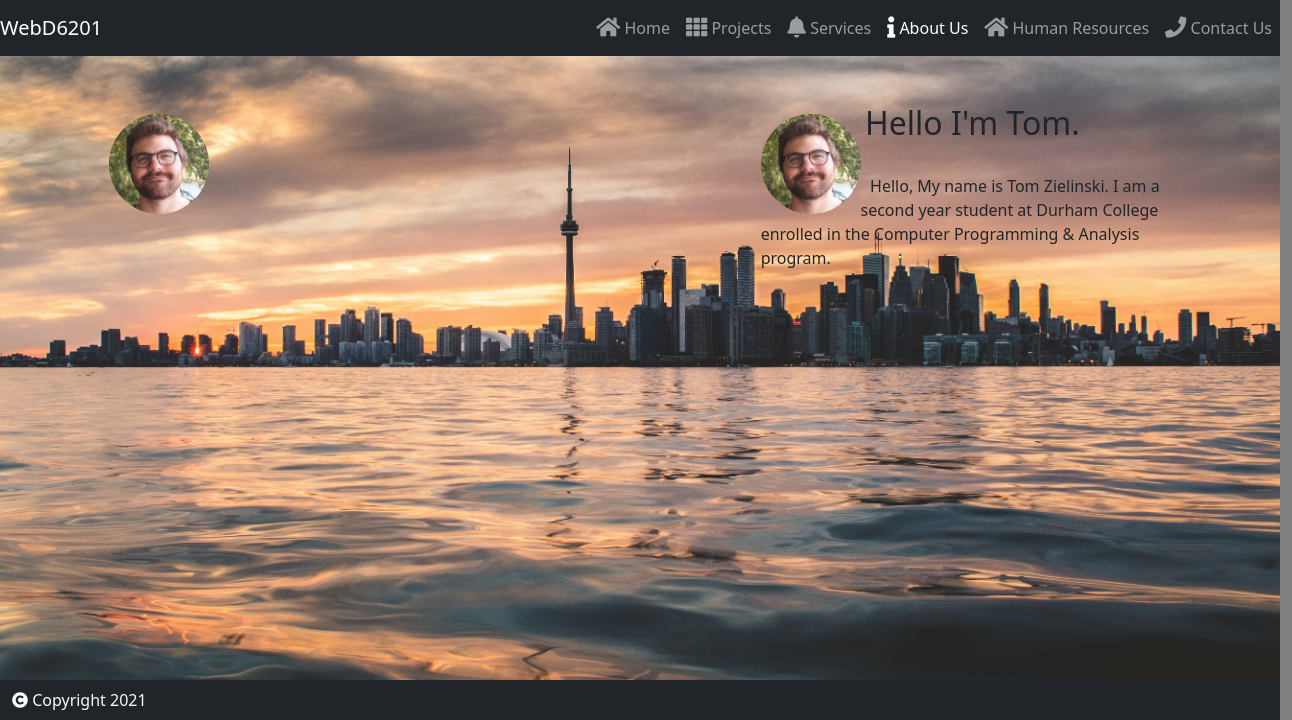
Repository: Tomelinski/Webd6201-Lab02
Page: about.html
An editor plug-in stored every save of this project. The page is shown before and after the next save, followed by the edit.
The browser window is 1280 px wide. The page is 1292 px wide, so the pictures cover 1292 px, including what lies to the right of the window. The pictures show the whole page.

Above is the page before, as saved 2021-02-05 18:19:05.

### about.html
<!-- Author(s): Tom Zielinski,
 *              Calvin May
 *
 *   Date: 02/02/2021 | Last Modified: 02/03/2021
 *   Document: about.html
 *   Description: ...
-->
<!DOCTYPE html>
<html lang="en">
<head>
    <meta charset="UTF-8">
    <meta name="viewport" content="width=device-width, initial-scale=1.0">
    <title>About</title>
    <!-- -->
    <link rel="stylesheet" href="./node_modules/bootstrap/dist/css/bootstrap.min.css">
    <link rel="stylesheet" href="./node_modules/@fortawesome/fontawesome-free/css/all.min.css">
    <link rel="stylesheet" href="./Content/app.css">

</head>
<body>
      <!-- Main header -->
      <header>
        <!-- Main Nav -->
          <nav class="navbar navbar-expand-lg navbar-dark bg-dark ">
              <a class="navbar-brand" href="./index.html">WebD6201</a>
              <button class="navbar-toggler" type="button" data-toggle="collapse" data-target="#navbarSupportedContent" aria-controls="navbarSupportedContent" aria-expanded="false" aria-label="Toggle navigation">
                <span class="navbar-toggler-icon"></span>
              </button>

              <div class="collapse navbar-collapse" id="navbarSupportedContent">
                <ul id="pageList" class="navbar-nav ms-auto mb-2 mb-lg-0">
                  <li class="nav-item ">
                    <a class="nav-link" aria-current="page" href="index.html"><i class="fas fa-home fa-lg"></i> Home</a>
                  </li>

                  <li class="nav-item">
                      <a id="projects" class="nav-link" aria-current="page" href="products.html"><i class="fas fa-th fa-lg"></i> Products</a>
                  </li>

                  <li class="nav-item">
                      <a class="nav-link" aria-current="page" href="services.html"><i class="fas fa-bell fa-lg"></i> Services</a>
                  </li>

                  <li class="nav-item">
                      <a class="nav-link active" aria-current="page" href="about.html"><i class="fas fa-info fa-lg"></i> About Us</a>
                  </li>

                  <li class="nav-item">
                      <a class="nav-link" aria-current="page" href="contact.html"><i class="fas fa-phone fa-lg"></i> Contact Us</a>
                  </li>
                </ul>
              </div>
            </nav>
      </header>

      <main>
        <div class="container"></div>
          <div class="row justify-content-around">
            <div id="about-calvin" class="col-4 mt-5">

            </div>
            <div id="about-tom" class="col-4 mt-5">

            </div>
          </div>
        </div>
      </main>

    <!-- Script section -->
    <script src="./node_modules/jquery/dist/jquery.min.js"></script>
    <script src="./node_modules/bootstrap/dist/js/bootstrap.bundle.min.js"></script>
    <script src="./Scripts/app.js"></script>
</body>

</html>

### Content/app.css
/* Author(s): Tom Zielinski,
 *              Calvin May
 *
 *   Date: 02/02/2021 | Last Modified: 02/03/2021
 *   Document: Services.html
 *   Description: ...
*/
/* Custom css page */
body{
    width:100vw;
    height:100vh;
    background: url("../Pictures/Toronto.jpg") no-repeat center center fixed;
    -webkit-background-size: cover;
    -moz-background-size: cover;
    -o-background-size: cover;
    background-size: cover;
    overflow-x: hidden;
    margin:0px;
    min-height:100%;
    background-color: gray;
}

.headshot-portrait{
    width: 100px;
    height: 100px;
    border-radius: 50%;
    float: left;
    shape-outside: circle();
    margin: 10px 10px 15px 0px;
}

### Scripts/app.js
/** Author(s): Tom Zielinski,
 *             Calvin May
 *
 *  Date: 02/02/2021 | Last Modified: 02/03/2021
 *  Document: app.js
 *  Description: ...
 */

/** Custom JavaScript Page */

/** IFFE Function */
(() => {

    // Declarations
    let mainContent = document.getElementsByTagName("main")[0]; // Holds the <main> element


    // First Fix the upper, lower navbars. Ensuring they display properly
    fixNavBars();

    /** Web Application Startup Functions */
    /** Start() - Lets the application know which content to load
     *          based on the title of the document.
    */
    function Start() {
        console.log("Web App Started.");``


        // A switch case used to figure out which page is being loaded.
        switch (document.title) {
            case "Home":
                displayHomePage();
                break;
            case "About":
                displayAboutPage();
                break;
            case "Contact":
                displayContactPage();
                break;
            case "Projects":
                displayProjectsPage();
                break;
            case "Services":
                displayServicesPage();
                break;
            case "Human Resources":
                displayHumanResourcesPage();
                break;
        }

    }

    /** Display Page Content Functions */
    /** displayHomePage() - Loads the Content for index.html */
    function displayHomePage() {

        let newParagraph = document.createElement("p");
        newParagraph.setAttribute("id", "paragraphOne");
        newParagraph.className = "fs-6 col col-md-4 mt-5 m-auto px-4 border border-dark border-4 rounded";
        newParagraph.textContent = "Welcome to Cavlin May's and Tom Zielinski's Webd6201 Lab01 webpage.";

        mainContent.appendChild(newParagraph);
    }

    /** displayAboutPage() - Loads the Content for about.html */
    function displayAboutPage() {


        let About = document.getElementById("about-tom");
        let tomHeading = document.createElement("h2");
        tomHeading.textContent = "Hello I'm Tom.";
        let pic = document.createElement("img");
        pic.setAttribute("src", "../Pictures/Tom.jpeg");
        pic.setAttribute("class", "headshot-portrait");
        pic.setAttribute("height", "100");
        pic.setAttribute("width", "100");
        pic.setAttribute("alt", "Headshot of Tom");

        let aboutTom = document.createElement("p");
        aboutTom.innerHTML = `</br><p>Hello, My name is Tom Zielinski. I am a second year student at Durham College enrolled in the Computer Programming & Analysis program.</p>`;

        About.appendChild(pic);
        About.appendChild(tomHeading);
        About.appendChild(aboutTom);

        let calvinAbout = document.getElementById("about-calvin");
        let calvinPortrait = document.createElement("img");
        calvinPortrait.setAttribute("src", "../Pictures/Tom.jpeg");
        calvinPortrait.setAttribute("class", "headshot-portrait");
        calvinPortrait.setAttribute("alt", "Headshot of Tom");

        calvinAbout.appendChild(calvinPortrait);
    }

    /** displayContactPage() - Loads the Content for contact.html */
    function displayContactPage() {

    }

    /** displayProjectsPage() - Loads the Content for projects.html */
    function displayProjectsPage() {

    }

    /** displayServicesPage() - Loads the Content for services.html */
    function displayServicesPage() {

    }

    /** displayHumanResourcesPage() - Loads the Content for human_resources.html */
    function displayHumanResourcesPage() {


    }

    /**
     * fixNavBars() - This Function is used to finish creating the Header/Footer Navbars
     *              using DOM Manipulation and Injection. First it fixes the "Products"
     *              NavBar link to correctly show, "Projects" and link to the projects.html
     *              page. It also Insert a new NavBar link, "Human Recources" between
     *              "About us" and "Contact Us" links. Finally, it adds a footer to the
     *              bottom of the page.
     */
    function fixNavBars()
    {
        // Fix the "Products" Nav item
        let projectPageAnchor = document.getElementById("projects");    // Get the Nav item Anchor tag by id
        projectPageAnchor.setAttribute("href", "projects.html");        // Correctly set the Hypertext Reference attribute
        projectPageAnchor.innerHTML = "<i class=\"fas fa-th fa-lg\"></i> Projects"; // Correctly set the text to indicate a project page

        // Insert a Nav item for Human Resources
        let navBarItemList = document.getElementById("pageList");  // Get the <ul> holding the Page links
        let humanResourcesListItem = document.createElement("li"); // Create a new list Item
        humanResourcesListItem.setAttribute("class", "nav-item");  // Set the class of the list item to "nav-item"
        // Create the anchor that will exist within the humanResourcesListItem
        let hrListItemData = '<a class="nav-link" aria-current="page" ' +
                             'href="human_resources.html"><i class="fas fa-home fa-lg"></i> Human Resources</a>';
        // Set the innerHtml with the data above
        humanResourcesListItem.innerHTML = hrListItemData;
        // Insert the new listitem before the 8th child within the <ul>
        //-(8th because it counts both the <li> elements and the <a> elements within)
        navBarItemList.insertBefore(humanResourcesListItem, navBarItemList.childNodes[8]);


        // Insert a new footer NavBar
        let footerData = "";    // A variable to hold the html code for the footers navBar
        // Create the footer element
        let pageFooter = document.createElement("footer");
        // Insert the new footer element before the "next" sibling of <main>
        //-Reads as <body>.insertBefore(pageFooter, elementAfterMain)
        mainContent.parentNode.insertBefore(pageFooter, mainContent.nextSibling);

        footerData = '<nav class="navbar fixed-bottom navbar-dark bg-dark"> ' +
                     '<div class="container-fluid"> ' +
                     '<h7 class="text-light"><i class="fas fa-copyright text-light"></i> Copyright 2021</h7> ' +
                     '</div> ' +
                     '</nav> ';
        pageFooter.innerHTML = footerData;

    }

    // Add an event listener for the load event (Page load).
    //-Call the Start() function so that we can display page
    //-specific content
    window.addEventListener("load", Start);

})();

Loaded but not shown: node_modules/bootstrap/dist/css/bootstrap.min.css (library); node_modules/@fortawesome/fontawesome-free/css/all.min.css (library); node_modules/jquery/dist/jquery.min.js (library); node_modules/bootstrap/dist/js/bootstrap.bundle.min.js (library)

After the next save:
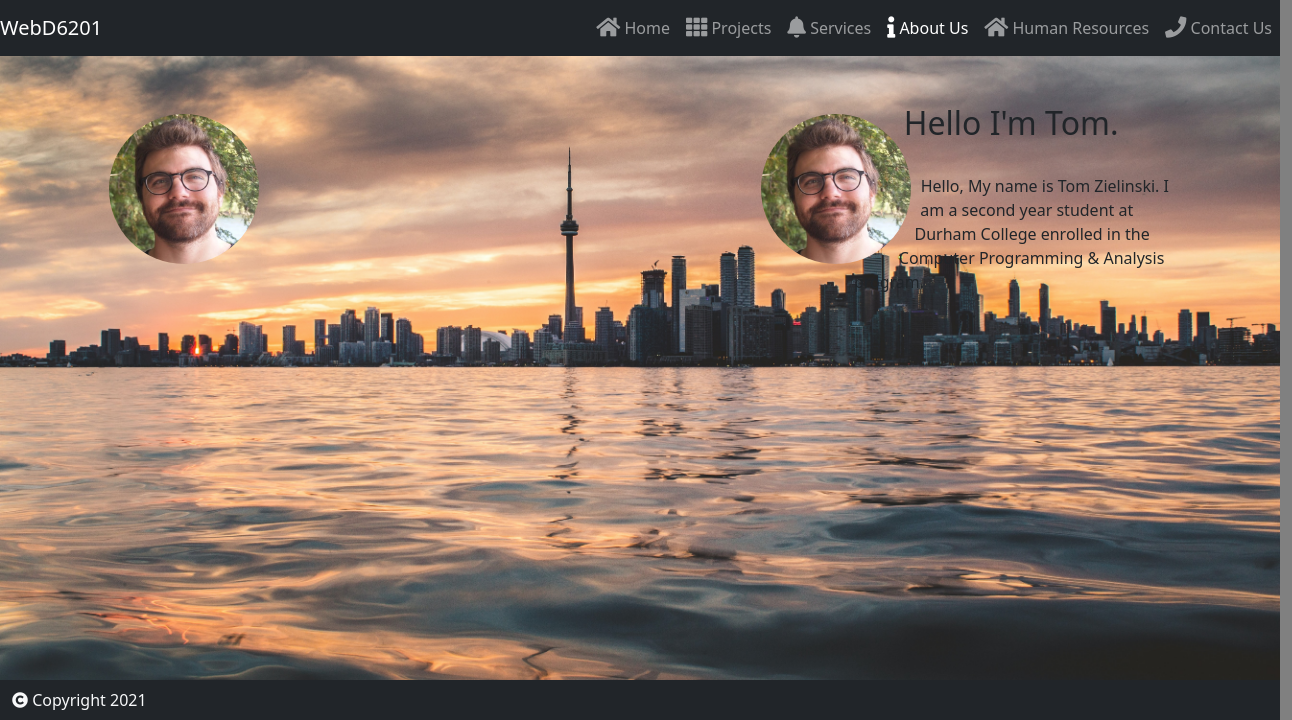
Saved 10 s later.
--- a/Content/app.css
+++ b/Content/app.css
@@ -21,8 +21,8 @@ body{
 }
 
 .headshot-portrait{
-    width: 100px;
-    height: 100px;
+    width: 150px;
+    height: 150px;
     border-radius: 50%;
     float: left;
     shape-outside: circle();
